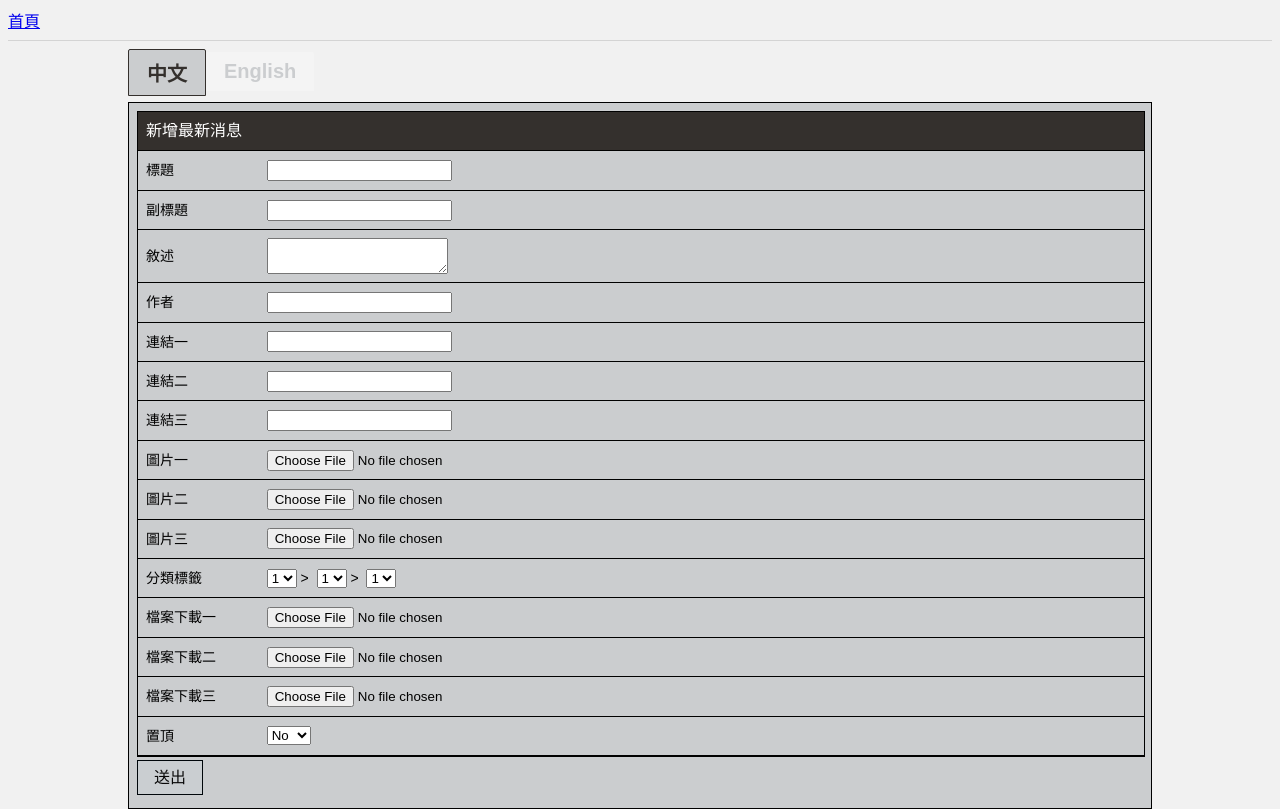
Repository: Naokiyuy/DigitalHum
Page: http://localhost/digital/backend/hotnews/hotnews-add.jsp
These files come from the project's save history. The page is drawn as it stood at one moment and after the next save; the edit follows.
The browser window is 1280 px wide. The pictures show the whole page.
Some web libraries are served in a nearby version. The page is served by Tomcat 9. Other server files are loaded and not shown.

Above is the page before, as saved 2015-03-11 19:40:32.

### digital/src/main/webapp/backend/hotnews/hotnews-add.jsp
<%@ page language="java" contentType="text/html; charset=UTF-8"
    pageEncoding="UTF-8"%>
<!DOCTYPE html PUBLIC "-//W3C//DTD HTML 4.01 Transitional//EN" "http://www.w3.org/TR/html4/loose.dtd">
<html>
<head>
<meta http-equiv="Content-Type" content="text/html; charset=UTF-8">
<title>[後台]最新消息-新增</title>
<link rel="stylesheet" type="text/css" href="/backend/css/hotnews/add.css" />
</head>
<body>
<jsp:include page="/backend/header/header.jsp"></jsp:include>
<hr />
<form action="">
<div class="tab_div">
<ul class="tabs">
	<li>
		<input type="radio" checked name="tabs" id="tab1">
        <label for="tab1">中文</label>
        <div id="tab-content1" class="tab-content animated fadeIn">
        	<div id="hotnews-add-table">
				<div class="hotnews-add-tr">
					<div class="hotnews-add-td"><span>新增最新消息</span></div>
					<div class="hotnews-add-td"></div>
				</div>
				<div class="hotnews-add-tr">
					<div class="hotnews-add-td">標題</div>
					<div class="hotnews-add-td"><input type="text" id="title_cht" name="title_cht"/></div>
				</div>
				<div class="hotnews-add-tr">
					<div class="hotnews-add-td">副標題</div>
					<div class="hotnews-add-td"><input type="text" id="subtitle_cht" name="subtitle_cht"/></div>
				</div>
				<div class="hotnews-add-tr">
					<div class="hotnews-add-td">敘述</div>
					<div class="hotnews-add-td"><textarea id="description_cht" name="description_cht"/></textarea></div>
				</div>
				<div class="hotnews-add-tr">
					<div class="hotnews-add-td">作者</div>
					<div class="hotnews-add-td"><input type="text" id="author_cht" name="author_cht"/></div>
				</div>
				<div class="hotnews-add-tr">
					<div class="hotnews-add-td">連結一</div>
					<div class="hotnews-add-td"><input type="text" id="link_1_cht" name="link_1_cht"/></div>
				</div>
				<div class="hotnews-add-tr">
					<div class="hotnews-add-td">連結二</div>
					<div class="hotnews-add-td"><input type="text" id="link_2_cht" name="link_2_cht"/></div>
				</div>
				<div class="hotnews-add-tr">
					<div class="hotnews-add-td">連結三</div>
					<div class="hotnews-add-td"><input type="text" id="link_3_cht" name="link_3_cht"/></div>
				</div>
				<div class="hotnews-add-tr">
					<div class="hotnews-add-td">圖片一</div>
					<div class="hotnews-add-td"><input type="file" id="image_1_cht" name="image_1_cht" /></div>
				</div>
				<div class="hotnews-add-tr">
					<div class="hotnews-add-td">圖片二</div>
					<div class="hotnews-add-td"><input type="file" id="image_2_cht" name="image_2_cht" /></div>
				</div>
				<div class="hotnews-add-tr">
					<div class="hotnews-add-td">圖片三</div>
					<div class="hotnews-add-td"><input type="file" id="image_3_cht" name="image_3_cht" /></div>
				</div>
				<div class="hotnews-add-tr">
					<div class="hotnews-add-td">分類標籤</div>
					<div class="hotnews-add-td">
						<select id="breadcrumb_1" name="breadcrumb_1_cht">
							<option>1</option>
							<option>2</option>
							<option>3</option>
						</select>&nbsp;>&nbsp;
						<select id="breadcrumb_2" name="breadcrumb_2_cht">
							<option>1</option>
							<option>2</option>
							<option>3</option>
						</select>&nbsp;>&nbsp;
						<select id="breadcrumb_3" name="breadcrumb_3_cht">
							<option>1</option>
							<option>2</option>
							<option>3</option>
						</select>
					</div>
				</div>
				<div class="hotnews-add-tr">
					<div class="hotnews-add-td">檔案下載一</div>
					<div class="hotnews-add-td"><input type="file" id="file_1_cht" name="file_1_cht" /></div>
				</div>
				<div class="hotnews-add-tr">
					<div class="hotnews-add-td">檔案下載二</div>
					<div class="hotnews-add-td"><input type="file" id="file_2_cht" name="file_2_cht" /></div>
				</div>
				<div class="hotnews-add-tr">
					<div class="hotnews-add-td">檔案下載三</div>
					<div class="hotnews-add-td"><input type="file" id="file_3_cht" name="file_3_cht" /></div>
				</div>
				<div class="hotnews-add-tr">
					<div class="hotnews-add-td">置頂</div>
					<div class="hotnews-add-td">
						<select id="top_cht" name="top_cht">
							<option value="0">No</option>
							<option value="1">Yes</option>
						</select>
					</div>
				</div>
			</div>
			<div class="action_btn">
				<a class="submit_btn" href="#">送出</a>
			</div>
        </div>
	</li>
	<li>
		<input type="radio" name="tabs" id="tab2">
        <label for="tab2">English</label>
        <div id="tab-content2" class="tab-content animated fadeIn">
        	<div id="hotnews-add-table">
				<div class="hotnews-add-tr">
					<div class="hotnews-add-td"><span>New HotNews</span></div>
					<div class="hotnews-add-td"></div>
				</div>
				<div class="hotnews-add-tr">
					<div class="hotnews-add-td">Title</div>
					<div class="hotnews-add-td"><input type="text" id="title_enu" name="title_enu"/></div>
				</div>
				<div class="hotnews-add-tr">
					<div class="hotnews-add-td">Subtitle</div>
					<div class="hotnews-add-td"><input type="text" id="subtitle_enu" name="subtitle_enu"/></div>
				</div>
				<div class="hotnews-add-tr">
					<div class="hotnews-add-td">Author</div>
					<div class="hotnews-add-td"><input type="text" id="author_enu" name="author_enu"/></div>
				</div>
				<div class="hotnews-add-tr">
					<div class="hotnews-add-td">LinkA</div>
					<div class="hotnews-add-td"><input type="text" id="link_1_enu" name="link_1_enu"/></div>
				</div>
				<div class="hotnews-add-tr">
					<div class="hotnews-add-td">LinkB</div>
					<div class="hotnews-add-td"><input type="text" id="link_2_enu" name="link_2_enu"/></div>
				</div>
				<div class="hotnews-add-tr">
					<div class="hotnews-add-td">LinkC</div>
					<div class="hotnews-add-td"><input type="text" id="link_3_enu" name="link_3_enu"/></div>
				</div>
				<div class="hotnews-add-tr">
					<div class="hotnews-add-td">ImageA</div>
					<div class="hotnews-add-td"><input type="file" id="image_1_enu" name="image_1_enu" /></div>
				</div>
				<div class="hotnews-add-tr">
					<div class="hotnews-add-td">ImageB</div>
					<div class="hotnews-add-td"><input type="file" id="image_2_enu" name="image_2_enu" /></div>
				</div>
				<div class="hotnews-add-tr">
					<div class="hotnews-add-td">ImageC</div>
					<div class="hotnews-add-td"><input type="file" id="image_3_enu" name="image_3_enu" /></div>
				</div>
				<div class="hotnews-add-tr">
					<div class="hotnews-add-td">Breadcrumb</div>
					<div class="hotnews-add-td">
						<select id="breadcrumb_1" name="breadcrumb_1_enu">
							<option>1</option>
							<option>2</option>
							<option>3</option>
						</select>&nbsp;>&nbsp;
						<select id="breadcrumb_2" name="breadcrumb_2_enu">
							<option>1</option>
							<option>2</option>
							<option>3</option>
						</select>&nbsp;>&nbsp;
						<select id="breadcrumb_3" name="breadcrumb_3_enu">
							<option>1</option>
							<option>2</option>
							<option>3</option>
						</select>
					</div>
				</div>
				<div class="hotnews-add-tr">
					<div class="hotnews-add-td">FileA</div>
					<div class="hotnews-add-td"><input type="file" id="file_1_enu" name="file_1_enu" /></div>
				</div>
				<div class="hotnews-add-tr">
					<div class="hotnews-add-td">FileB</div>
					<div class="hotnews-add-td"><input type="file" id="file_2_enu" name="file_2_enu" /></div>
				</div>
				<div class="hotnews-add-tr">
					<div class="hotnews-add-td">FileC</div>
					<div class="hotnews-add-td"><input type="file" id="file_3_enu" name="file_3_enu" /></div>
				</div>
				<div class="hotnews-add-tr">
					<div class="hotnews-add-td">Top</div>
					<div class="hotnews-add-td">
						<select id="top_enu" name="top_enu">
							<option value="0">No</option>
							<option value="1">Yes</option>
						</select>
					</div>
				</div>
			</div>
        </div>
	</li>
</ul>
</div>
</form>
<jsp:include page="/backend/footer/footer.jsp"></jsp:include>
</body>
</html>

### digital/src/main/webapp/backend/header/header.jsp
<%@ page language="java" contentType="text/html; charset=UTF-8"
    pageEncoding="UTF-8"%>
<!DOCTYPE html PUBLIC "-//W3C//DTD HTML 4.01 Transitional//EN" "http://www.w3.org/TR/html4/loose.dtd">
<html>
<head>
<meta http-equiv="Content-Type" content="text/html; charset=UTF-8">
<title>Insert title here</title>
<script type="text/javascript" src="https://code.jquery.com/jquery-1.11.2.min.js"></script>
</head>
<body>
<div id="breadcrumb">
	<a href="/backend/index.do">首頁</a>
</div>
</body>
</html>

### digital/src/main/webapp/backend/footer/footer.jsp
<%@ page language="java" contentType="text/html; charset=UTF-8"
    pageEncoding="UTF-8"%>
<!DOCTYPE html PUBLIC "-//W3C//DTD HTML 4.01 Transitional//EN" "http://www.w3.org/TR/html4/loose.dtd">
<html>
<head>
<meta http-equiv="Content-Type" content="text/html; charset=UTF-8">
<title>Insert title here</title>
</head>
<body>
<%-- Menu bar --%>

<%-- breadcrumb --%>


</body>
</html>

### digital/src/main/webapp/backend/css/hotnews/add.css

hr{
	border:0; height:1px; background-color:#d4d4d4;
}
body{
	font-family: "Varela Round",sans-serif, Microsoft JhengHei;
	background-color:#f1f1f1;
}

#hotnews-add-table{
	display:table;
	width:100%;
	border:1px solid #000000;
	max-width:1024px;
	margin: 0 auto;
}

.hotnews-add-tr {
	display: table-row;
}

.hotnews-add-td {
	display: table-cell;
	vertical-align:middle;
	border:1px solid #000000;
	border-width:0px 0px 1px 0px;
	text-align:left;
	padding:8px;
	font-size:14px;
	font-weight:normal;
	color:#000000;
}

.hotnews-add-td:first-child{
	width:12%;
}

.hotnews-add-tr:first-child {
	background-color:#34302D;
}

.hotnews-add-tr:first-child span{
	color:#ffffff;
	font-size:16px;
	vertical-align:middle;
	text-align:center;
}

.tabs input[type=radio] {
          position: absolute;
          top: -9999px;
          left: -9999px;
}
.tabs {
		max-width:1024px;
        float: none;
        list-style: none;
        position: relative;
        padding: 0;
        margin: 0px auto;
        min-height:100%;
}
      .tabs li{
        float: left;
      }
.tabs label {
          display: block;
          padding: 8px 18px;
          border-radius: 2px 2px 0 0;
          color: #CBCDCF;
          font-size: 20px;
          font-weight: bold;
          //font-family: 'Lily Script One', helveti;
          background: rgba(255,255,255,0.2);
          cursor: pointer;
          position: relative;
          top: 3px;
          -webkit-transition: all 0.2s ease-in-out;
          -moz-transition: all 0.2s ease-in-out;
          -o-transition: all 0.2s ease-in-out;
          transition: all 0.2s ease-in-out;
}
.tabs label:hover {
        background: rgba(255,255,255,0.5);
        top: 0;
        border: 1px solid;
}

[id^=tab]:checked + label {
        background: #CBCDCF;
        color: rgb(52, 48, 45);
        top: 0;
        border: 1px solid;
}

[id^=tab]:checked ~ [id^=tab-content] {
          display: block;
}
.tab-content{
        z-index: 2;
        display: none;
        text-align: left;
        width: 100%;
        font-size: 16px;
        line-height: 140%;
        padding-top: 10px;
        background: #CBCDCF;
        padding: 8px;
        color: white;
        position: absolute;
        top: 53px;
        border: 1px solid #000;
        left: 0;
        box-sizing: border-box;
        -webkit-animation-duration: 0.5s;
        -o-animation-duration: 0.5s;
        -moz-animation-duration: 0.5s;
        animation-duration: 0.5s;
}

.action_btn{
	max-width:1024px;
	margin-top:10px;
	margin-right:auto;
	margin-bottom: 10px;
	margin-left:auto;
}

.submit_btn {
  color: #080808;
  font-size: 16px;
  background: #caced1;
  padding: 8px 16px 8px 16px;
  border: solid #00060a 1px;
  text-decoration: none;
}

.submit_btn:hover {
  background: #99a1a6;
  text-decoration: none;
}

After the next save:
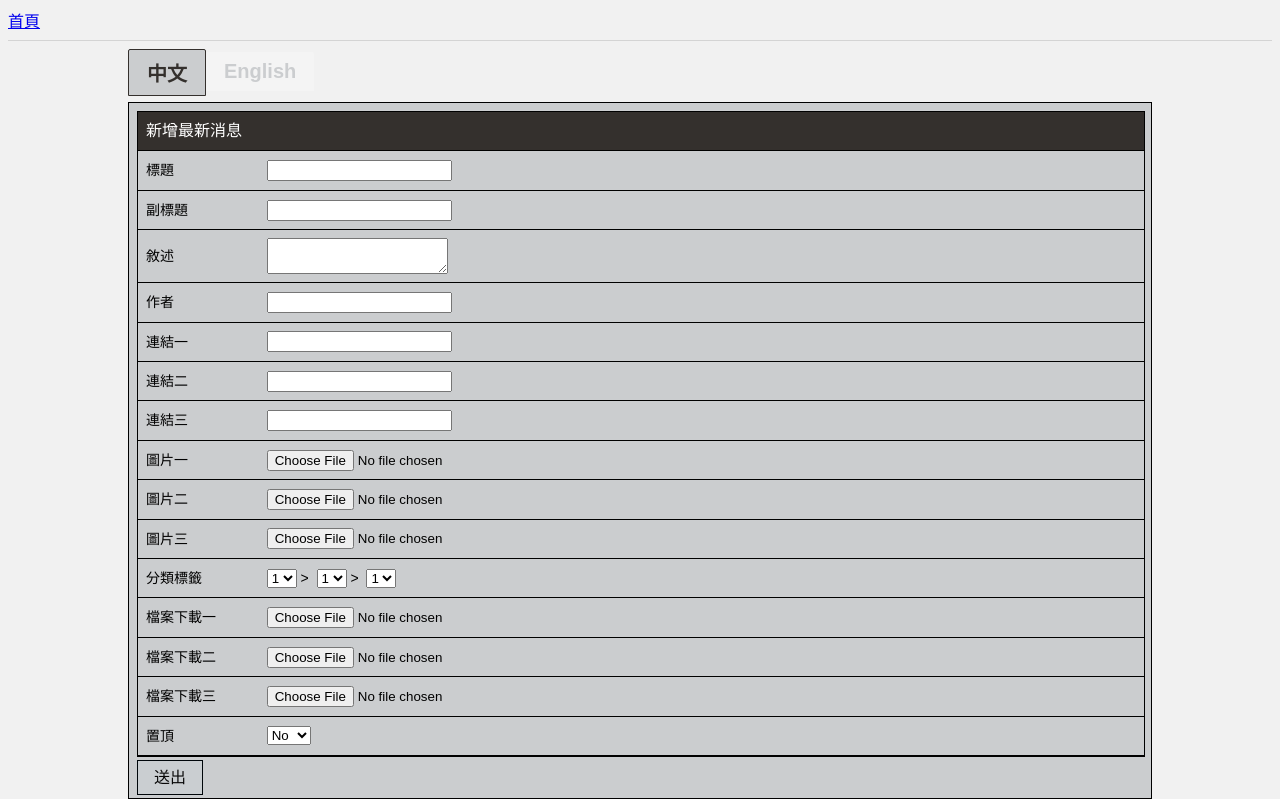
Saved 9 s later.
--- a/digital/src/main/webapp/backend/css/hotnews/add.css
+++ b/digital/src/main/webapp/backend/css/hotnews/add.css
@@ -122,7 +122,7 @@ body{
 	max-width:1024px;
 	margin-top:10px;
 	margin-right:auto;
-	margin-bottom: 10px;
+	margin-bottom: auto;
 	margin-left:auto;
 }
 
